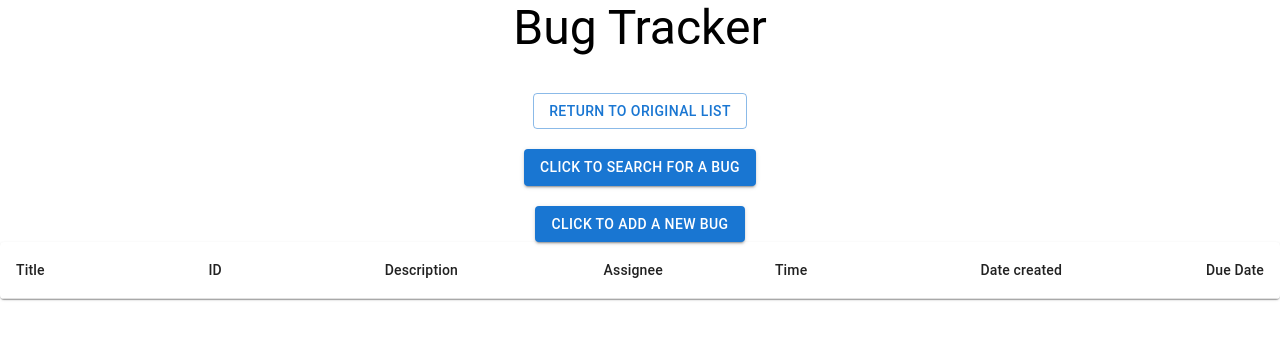
Repository: nj10deadend/RESTAPI-node-with-mongoDB
Page: /bug-table (app in client/frontend/)
These files come from the project's save history. The page is drawn as it stood at one moment and after the next save; the edit follows.
The browser window is 1280 px wide. The pictures show the whole page.
The page's requests for data from a server got no answer. The project was rebuilt for these pictures with package versions that can differ from the ones it lists, and the page was loaded fresh each time. No one was signed in, and anything a server would have sent is missing. Also part of the build but not shown: client/frontend/src/components/BugTableCell.js, client/frontend/src/components/Signup.js.

Above is the page before, as saved 2022-01-01 14:29:53.

After the next save:
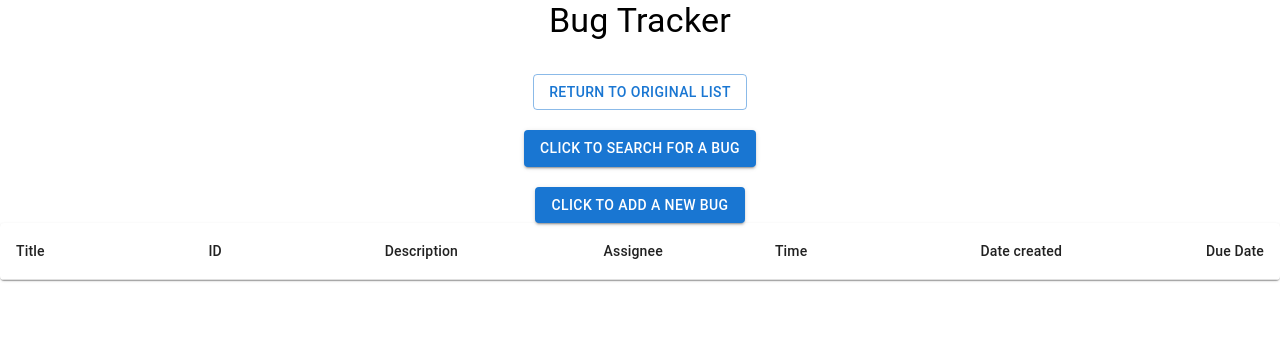
Saved 21 min 26 s later.
--- a/client/frontend/src/components/BugTable.js
+++ b/client/frontend/src/components/BugTable.js
@@ -24,6 +24,7 @@ function BugTable ({userFormData}) {
     const [title, setTitle] = useState("");
     const [description, setDescription] = useState("");
     const [assignee, setAssignee] = useState("");
+    const [dueDate, setDueDate] = useState("");
 
 
 
@@ -90,7 +91,7 @@ function BugTable ({userFormData}) {
         <div>
             {/* <p>Logged in as {user.name}</p> */}
 
-            <Typography variant="h3" component="div" gutterBottom>Bug Tracker</Typography>
+            <Typography variant="h4" component="div" gutterBottom>Bug Tracker</Typography>
             <br></br>
 
             <Button onClick={() => getFetchAllBugs()} variant="outlined">Return to original list</Button>
